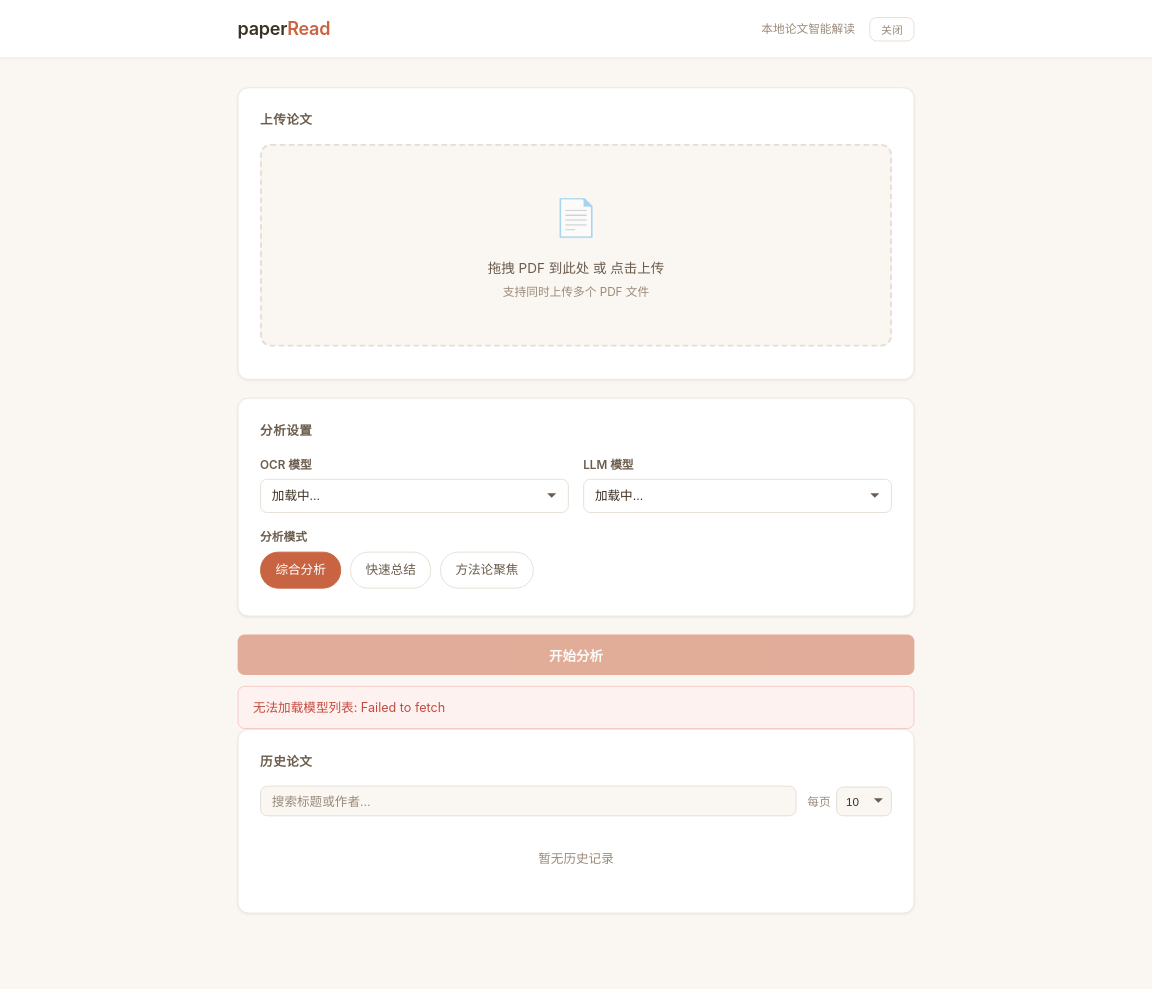
Repository: Skywarder0409/paperRead
Page: src/web/static/index.html
An editor plug-in stored every save of this project. The page is shown before and after the next save, followed by the edit.
The browser window is 1280 px wide. The pictures show the whole page, at 90% of full size.
The page's requests for data from a server got no answer.

Above is the page before, as saved 2026-02-06 16:01:59.

### src/web/static/index.html
<!DOCTYPE html>
<html lang="zh-CN">
<head>
    <meta charset="UTF-8">
    <meta name="viewport" content="width=device-width, initial-scale=1.0">
    <title>paperRead - 本地论文智能解读</title>
    <link rel="stylesheet" href="/static/style.css">
</head>
<body>
    <header class="header">
        <div class="header-inner">
            <div>
                <h1>paper<span>Read</span></h1>
            </div>
            <div class="header-right">
                <div class="header-subtitle">本地论文智能解读</div>
                <button class="btn-shutdown" id="btnShutdown" title="关闭服务器">关闭</button>
            </div>
        </div>
    </header>

    <main class="container">
        <!-- 上传区域 -->
        <div class="card">
            <div class="card-title">上传论文</div>
            <div class="upload-zone" id="uploadZone">
                <div class="upload-zone-icon">&#128196;</div>
                <div class="upload-zone-text">拖拽 PDF 到此处 或 点击上传</div>
                <div class="upload-zone-hint">支持同时上传多个 PDF 文件</div>
                <input type="file" id="fileInput" accept=".pdf" multiple>
            </div>
            <div class="file-list" id="fileList"></div>
        </div>

        <!-- 模型与模式选择 -->
        <div class="card">
            <div class="card-title">分析设置</div>
            <div class="form-row">
                <div class="form-group">
                    <label for="ocrModel">OCR 模型</label>
                    <select id="ocrModel">
                        <option value="">加载中...</option>
                    </select>
                </div>
                <div class="form-group">
                    <label for="llmModel">LLM 模型</label>
                    <select id="llmModel">
                        <option value="">加载中...</option>
                    </select>
                </div>
            </div>
            <div class="form-group">
                <label>分析模式</label>
                <div class="mode-group">
                    <div class="mode-option">
                        <input type="radio" name="analysisType" id="modeComprehensive" value="comprehensive" checked>
                        <label for="modeComprehensive">综合分析</label>
                    </div>
                    <div class="mode-option">
                        <input type="radio" name="analysisType" id="modeQuick" value="quick">
                        <label for="modeQuick">快速总结</label>
                    </div>
                    <div class="mode-option">
                        <input type="radio" name="analysisType" id="modeMethodology" value="methodology_focus">
                        <label for="modeMethodology">方法论聚焦</label>
                    </div>
                </div>
            </div>
        </div>

        <!-- 开始按钮 -->
        <button class="btn btn-primary" id="btnAnalyze" disabled>开始分析</button>
        <div class="error-msg" id="errorMsg"></div>

        <!-- 进度 -->
        <div class="card progress-section" id="progressSection">
            <div class="card-title">分析进度<span class="progress-file-info" id="progressFileInfo"></span></div>
            <div class="progress-header">
                <span class="progress-stage" id="progressStage">准备中...</span>
                <span class="progress-percent" id="progressPercent">0%</span>
            </div>
            <div class="progress-bar">
                <div class="progress-fill" id="progressFill"></div>
            </div>
            <div class="progress-detail" id="progressDetail"></div>
        </div>

        <!-- 结果 -->
        <div class="card result-section" id="resultSection">
            <div class="card-title">分析结果</div>
            <div class="result-tabs">
                <button class="result-tab active" data-tab="markdown">报告</button>
                <button class="result-tab" data-tab="json">JSON 数据</button>
            </div>
            <div class="result-content" id="resultMarkdown"></div>
            <div class="result-content result-json" id="resultJson"></div>
            <div class="download-bar" id="downloadBar">
                <button class="btn-download" id="btnDownloadMd">下载 Markdown 报告</button>
                <button class="btn-download btn-download-secondary" id="btnDownloadJson">下载 JSON 数据</button>
            </div>
        </div>

        <!-- 历史论文 -->
        <div class="card" id="historySection">
            <div class="card-title">历史论文</div>
            <div class="history-toolbar">
                <input type="text" class="history-search" id="historySearch" placeholder="搜索标题或作者...">
                <div class="history-page-size">
                    <label for="historyPageSize">每页</label>
                    <select id="historyPageSize">
                        <option value="10" selected>10</option>
                        <option value="50">50</option>
                        <option value="100">100</option>
                    </select>
                </div>
            </div>
            <div class="history-list" id="historyList">
                <div class="history-empty">暂无历史记录</div>
            </div>
            <div class="history-pagination" id="historyPagination"></div>
        </div>
    </main>

    <script src="/static/app.js?v=4"></script>
</body>
</html>

### src/web/static/style.css
/* Claude 官网风格 - 奶油色背景、棕色文字、暖色调 */

:root {
    --bg-primary: #faf6f1;
    --bg-secondary: #f3ede4;
    --bg-card: #ffffff;
    --text-primary: #3d3024;
    --text-secondary: #6b5c4d;
    --text-muted: #9a8b7a;
    --accent: #c96442;
    --accent-hover: #b5553a;
    --accent-light: #f5e6df;
    --border: #e5ddd2;
    --border-light: #ede7de;
    --success: #5a8a5e;
    --error: #c44a3f;
    --progress-bg: #e5ddd2;
    --progress-fill: #c96442;
    --shadow: 0 1px 3px rgba(61, 48, 36, 0.08);
    --shadow-lg: 0 4px 12px rgba(61, 48, 36, 0.12);
    --radius: 12px;
    --radius-sm: 8px;
}

* {
    margin: 0;
    padding: 0;
    box-sizing: border-box;
}

body {
    font-family: -apple-system, BlinkMacSystemFont, 'Segoe UI', system-ui, sans-serif;
    background: var(--bg-primary);
    color: var(--text-primary);
    line-height: 1.6;
    min-height: 100vh;
}

/* 头部 */
.header {
    background: var(--bg-card);
    border-bottom: 1px solid var(--border);
    padding: 16px 0;
    position: sticky;
    top: 0;
    z-index: 100;
}

.header-inner {
    max-width: 800px;
    margin: 0 auto;
    padding: 0 24px;
    display: flex;
    align-items: center;
    justify-content: space-between;
}

.header h1 {
    font-size: 20px;
    font-weight: 600;
    color: var(--text-primary);
    letter-spacing: -0.3px;
}

.header h1 span {
    color: var(--accent);
}

.header-right {
    display: flex;
    align-items: center;
    gap: 16px;
}

.header-subtitle {
    font-size: 13px;
    color: var(--text-muted);
}

.btn-shutdown {
    padding: 4px 12px;
    font-size: 12px;
    color: var(--text-muted);
    background: transparent;
    border: 1px solid var(--border);
    border-radius: var(--radius-sm);
    cursor: pointer;
    transition: all 0.2s;
}

.btn-shutdown:hover {
    color: var(--error);
    border-color: var(--error);
    background: rgba(196, 74, 63, 0.06);
}

/* 主容器 */
.container {
    max-width: 800px;
    margin: 0 auto;
    padding: 32px 24px 64px;
}

/* 卡片 */
.card {
    background: var(--bg-card);
    border: 1px solid var(--border-light);
    border-radius: var(--radius);
    padding: 24px;
    margin-bottom: 20px;
    box-shadow: var(--shadow);
}

.card-title {
    font-size: 14px;
    font-weight: 600;
    color: var(--text-secondary);
    margin-bottom: 16px;
    text-transform: uppercase;
    letter-spacing: 0.5px;
}

/* 上传区域 */
.upload-zone {
    border: 2px dashed var(--border);
    border-radius: var(--radius);
    padding: 48px 24px;
    text-align: center;
    cursor: pointer;
    transition: all 0.2s ease;
    background: var(--bg-primary);
}

.upload-zone:hover,
.upload-zone.dragover {
    border-color: var(--accent);
    background: var(--accent-light);
}

.upload-zone-icon {
    font-size: 40px;
    margin-bottom: 12px;
    opacity: 0.6;
}

.upload-zone-text {
    font-size: 15px;
    color: var(--text-secondary);
    margin-bottom: 4px;
}

.upload-zone-hint {
    font-size: 13px;
    color: var(--text-muted);
}

.upload-zone input[type="file"] {
    display: none;
}

/* 文件列表 */
.file-list {
    margin-top: 12px;
}

.file-item {
    display: flex;
    align-items: center;
    justify-content: space-between;
    padding: 8px 12px;
    background: var(--bg-secondary);
    border-radius: var(--radius-sm);
    margin-bottom: 6px;
    font-size: 14px;
}

.file-item-name {
    color: var(--text-primary);
    font-weight: 500;
}

.file-item-remove {
    color: var(--text-muted);
    cursor: pointer;
    border: none;
    background: none;
    font-size: 16px;
    padding: 2px 6px;
    border-radius: 4px;
}

.file-item-remove:hover {
    background: var(--border);
    color: var(--error);
}

/* 表单控件 */
.form-row {
    display: flex;
    gap: 16px;
    margin-bottom: 16px;
}

.form-group {
    flex: 1;
}

.form-group label {
    display: block;
    font-size: 13px;
    font-weight: 600;
    color: var(--text-secondary);
    margin-bottom: 6px;
}

.form-group select {
    width: 100%;
    padding: 10px 12px;
    border: 1px solid var(--border);
    border-radius: var(--radius-sm);
    background: var(--bg-card);
    color: var(--text-primary);
    font-size: 14px;
    appearance: none;
    background-image: url("data:[embedded picture, 161 characters]");
    background-repeat: no-repeat;
    background-position: right 12px center;
    cursor: pointer;
}

.form-group select:focus {
    outline: none;
    border-color: var(--accent);
    box-shadow: 0 0 0 3px var(--accent-light);
}

/* 分析模式单选 */
.mode-group {
    display: flex;
    gap: 10px;
    flex-wrap: wrap;
}

.mode-option {
    position: relative;
}

.mode-option input[type="radio"] {
    position: absolute;
    opacity: 0;
}

.mode-option label {
    display: inline-block;
    padding: 8px 16px;
    border: 1px solid var(--border);
    border-radius: 20px;
    font-size: 14px;
    color: var(--text-secondary);
    cursor: pointer;
    transition: all 0.2s ease;
    font-weight: 400;
}

.mode-option input:checked + label {
    background: var(--accent);
    color: white;
    border-color: var(--accent);
    font-weight: 500;
}

.mode-option label:hover {
    border-color: var(--accent);
}

/* 按钮 */
.btn {
    display: inline-flex;
    align-items: center;
    justify-content: center;
    padding: 12px 32px;
    border: none;
    border-radius: var(--radius-sm);
    font-size: 15px;
    font-weight: 600;
    cursor: pointer;
    transition: all 0.2s ease;
    width: 100%;
}

.btn-primary {
    background: var(--accent);
    color: white;
}

.btn-primary:hover:not(:disabled) {
    background: var(--accent-hover);
    box-shadow: var(--shadow-lg);
}

.btn-primary:disabled {
    opacity: 0.5;
    cursor: not-allowed;
}

/* 进度区域 */
.progress-section {
    display: none;
}

.progress-section.active {
    display: block;
}

.progress-file-info {
    margin-left: 10px;
    font-size: 13px;
    font-weight: 500;
    color: var(--text-muted);
    text-transform: none;
    letter-spacing: 0;
}

.progress-header {
    display: flex;
    justify-content: space-between;
    align-items: center;
    margin-bottom: 8px;
}

.progress-stage {
    font-size: 14px;
    font-weight: 600;
    color: var(--text-primary);
}

.progress-percent {
    font-size: 14px;
    color: var(--accent);
    font-weight: 600;
}

.progress-bar {
    width: 100%;
    height: 8px;
    background: var(--progress-bg);
    border-radius: 4px;
    overflow: hidden;
    margin-bottom: 8px;
}

.progress-fill {
    height: 100%;
    background: var(--progress-fill);
    border-radius: 4px;
    transition: width 0.3s ease;
    width: 0%;
}

.progress-detail {
    font-size: 13px;
    color: var(--text-muted);
}

/* 结果区域 */
.result-section {
    display: none;
}

.result-section.active {
    display: block;
}

.result-tabs {
    display: flex;
    border-bottom: 1px solid var(--border);
    margin-bottom: 16px;
}

.result-tab {
    padding: 8px 16px;
    border: none;
    background: none;
    font-size: 14px;
    color: var(--text-muted);
    cursor: pointer;
    border-bottom: 2px solid transparent;
    transition: all 0.2s;
}

.result-tab.active {
    color: var(--accent);
    border-bottom-color: var(--accent);
    font-weight: 600;
}

.result-content {
    max-height: 600px;
    overflow-y: auto;
    padding: 16px;
    background: var(--bg-primary);
    border-radius: var(--radius-sm);
    font-size: 14px;
    line-height: 1.7;
}

.result-content pre {
    background: var(--bg-secondary);
    padding: 12px;
    border-radius: var(--radius-sm);
    overflow-x: auto;
    font-size: 13px;
}

.result-content code {
    background: var(--bg-secondary);
    padding: 2px 6px;
    border-radius: 4px;
    font-size: 13px;
}

.result-content h1 { font-size: 22px; margin: 20px 0 12px; color: var(--text-primary); }
.result-content h2 { font-size: 18px; margin: 18px 0 10px; color: var(--text-primary); }
.result-content h3 { font-size: 16px; margin: 14px 0 8px; color: var(--text-secondary); }
.result-content p { margin-bottom: 10px; }
.result-content ul, .result-content ol { margin: 8px 0 8px 24px; }
.result-content li { margin-bottom: 4px; }
.result-content table { border-collapse: collapse; width: 100%; margin: 12px 0; }
.result-content th, .result-content td {
    border: 1px solid var(--border);
    padding: 8px 12px;
    text-align: left;
    font-size: 13px;
}
.result-content th { background: var(--bg-secondary); font-weight: 600; }
.result-content blockquote {
    border-left: 3px solid var(--accent);
    padding: 8px 16px;
    margin: 12px 0;
    color: var(--text-secondary);
    background: var(--accent-light);
    border-radius: 0 var(--radius-sm) var(--radius-sm) 0;
}
.result-content hr {
    border: none;
    border-top: 1px solid var(--border);
    margin: 16px 0;
}

/* JSON 视图 */
.result-json {
    display: none;
}

.result-json pre {
    white-space: pre-wrap;
    word-break: break-all;
}

/* 错误提示 */
.error-msg {
    background: #fef2f1;
    border: 1px solid #f5c6c2;
    color: var(--error);
    padding: 12px 16px;
    border-radius: var(--radius-sm);
    font-size: 14px;
    margin-top: 12px;
    display: none;
}

.error-msg.active {
    display: block;
}

/* 加载动画 */
@keyframes pulse {
    0%, 100% { opacity: 1; }
    50% { opacity: 0.5; }
}

.loading {
    animation: pulse 1.5s ease-in-out infinite;
}

/* 下载按钮栏 */
.download-bar {
    display: flex;
    gap: 12px;
    margin-top: 16px;
    padding-top: 16px;
    border-top: 1px solid var(--border-light);
}

.btn-download {
    flex: 1;
    display: inline-flex;
    align-items: center;
    justify-content: center;
    padding: 10px 20px;
    border: none;
    border-radius: var(--radius-sm);
    font-size: 14px;
    font-weight: 600;
    cursor: pointer;
    transition: all 0.2s ease;
    background: var(--accent);
    color: white;
}

.btn-download:hover {
    background: var(--accent-hover);
    box-shadow: var(--shadow-lg);
}

.btn-download-secondary {
    background: var(--bg-secondary);
    color: var(--text-primary);
    border: 1px solid var(--border);
}

.btn-download-secondary:hover {
    background: var(--border);
    box-shadow: var(--shadow);
}

/* 历史论文工具栏 */
.history-toolbar {
    display: flex;
    gap: 12px;
    margin-bottom: 12px;
    align-items: center;
}

.history-search {
    flex: 1;
    padding: 8px 12px;
    border: 1px solid var(--border);
    border-radius: var(--radius-sm);
    font-size: 14px;
    background: var(--bg-primary);
    color: var(--text-primary);
    outline: none;
    transition: border-color 0.2s;
}

.history-search:focus {
    border-color: var(--accent);
    box-shadow: 0 0 0 3px var(--accent-light);
}

.history-search::placeholder {
    color: var(--text-muted);
}

.history-page-size {
    display: flex;
    align-items: center;
    gap: 6px;
    flex-shrink: 0;
}

.history-page-size label {
    font-size: 13px;
    color: var(--text-muted);
    white-space: nowrap;
}

.history-page-size select {
    padding: 8px 28px 8px 10px;
    border: 1px solid var(--border);
    border-radius: var(--radius-sm);
    background: var(--bg-primary);
    color: var(--text-primary);
    font-size: 13px;
    appearance: none;
    background-image: url("data:[embedded picture, 161 characters]");
    background-repeat: no-repeat;
    background-position: right 8px center;
    cursor: pointer;
    outline: none;
}

.history-page-size select:focus {
    border-color: var(--accent);
}

/* 历史论文分页 */
.history-pagination {
    display: flex;
    justify-content: center;
    align-items: center;
    gap: 4px;
    margin-top: 12px;
}

.history-pagination:empty {
    display: none;
}

.history-pagination button {
    padding: 5px 10px;
    border: 1px solid var(--border);
    border-radius: 6px;
    background: var(--bg-card);
    color: var(--text-secondary);
    font-size: 13px;
    cursor: pointer;
    transition: all 0.15s;
    min-width: 32px;
}

.history-pagination button:hover:not(:disabled) {
    border-color: var(--accent);
    color: var(--accent);
}

.history-pagination button.active {
    background: var(--accent);
    color: white;
    border-color: var(--accent);
}

.history-pagination button:disabled {
    opacity: 0.4;
    cursor: not-allowed;
}

.history-pagination .page-info {
    font-size: 12px;
    color: var(--text-muted);
    padding: 0 8px;
}

/* 历史论文列表 */
.history-list {
    display: flex;
    flex-direction: column;
    gap: 8px;
}

.history-empty {
    text-align: center;
    color: var(--text-muted);
    padding: 24px;
    font-size: 14px;
}

.history-item {
    display: flex;
    align-items: center;
    justify-content: space-between;
    padding: 12px 16px;
    background: var(--bg-primary);
    border-radius: var(--radius-sm);
    border: 1px solid var(--border-light);
    transition: border-color 0.2s;
}

.history-item:hover {
    border-color: var(--accent);
}

.history-item-info {
    flex: 1;
    min-width: 0;
}

.history-item-title {
    font-size: 14px;
    font-weight: 600;
    color: var(--text-primary);
    white-space: nowrap;
    overflow: hidden;
    text-overflow: ellipsis;
}

.history-item-meta {
    font-size: 12px;
    color: var(--text-muted);
    margin-top: 2px;
}

.history-item-actions {
    display: flex;
    gap: 6px;
    margin-left: 12px;
    flex-shrink: 0;
}

.btn-history {
    padding: 5px 12px;
    border: 1px solid var(--border);
    border-radius: 6px;
    background: var(--bg-card);
    color: var(--text-secondary);
    font-size: 12px;
    font-weight: 500;
    cursor: pointer;
    transition: all 0.2s;
    position: relative;
}

.btn-history:hover {
    border-color: var(--accent);
    color: var(--accent);
}

.btn-history-read {
    background: var(--accent);
    color: white;
    border-color: var(--accent);
}

.btn-history-read:hover {
    background: var(--accent-hover);
    color: white;
}

/* 下载下拉菜单 */
.download-dropdown {
    position: relative;
    display: inline-block;
}

.download-dropdown-menu {
    display: none;
    position: absolute;
    right: 0;
    top: 100%;
    margin-top: 4px;
    background: var(--bg-card);
    border: 1px solid var(--border);
    border-radius: var(--radius-sm);
    box-shadow: var(--shadow-lg);
    z-index: 50;
    min-width: 160px;
    overflow: hidden;
}

.download-dropdown-menu.active {
    display: block;
}

.download-dropdown-item {
    display: block;
    width: 100%;
    padding: 8px 14px;
    border: none;
    background: none;
    text-align: left;
    font-size: 13px;
    color: var(--text-primary);
    cursor: pointer;
    transition: background 0.15s;
}

.download-dropdown-item:hover {
    background: var(--bg-secondary);
}

/* 响应式 */
@media (max-width: 640px) {
    .container { padding: 16px 16px 48px; }
    .card { padding: 16px; }
    .form-row { flex-direction: column; gap: 12px; }
    .upload-zone { padding: 32px 16px; }
    .mode-group { gap: 6px; }
}

Loaded but not shown: src/web/static/app.js (717 lines, source omitted)

After the next save:
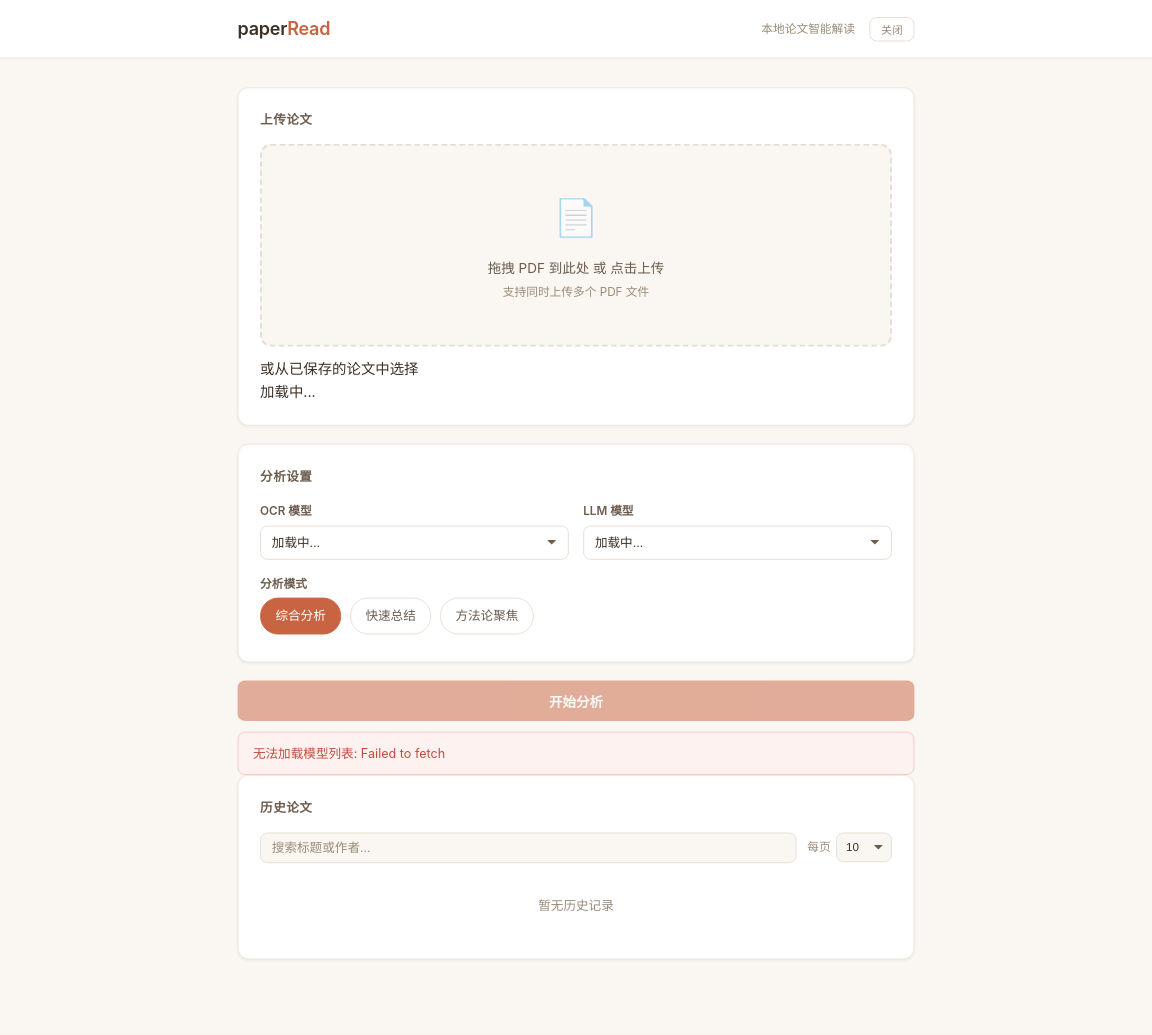
Saved 9 min 29 s later.
--- a/src/web/static/index.html
+++ b/src/web/static/index.html
@@ -30,6 +30,11 @@
                 <input type="file" id="fileInput" accept=".pdf" multiple>
             </div>
             <div class="file-list" id="fileList"></div>
+
+            <div class="papers-divider">或从已保存的论文中选择</div>
+            <div class="papers-library" id="papersLibrary">
+                <div class="papers-library-status">加载中...</div>
+            </div>
         </div>
 
         <!-- 模型与模式选择 -->
